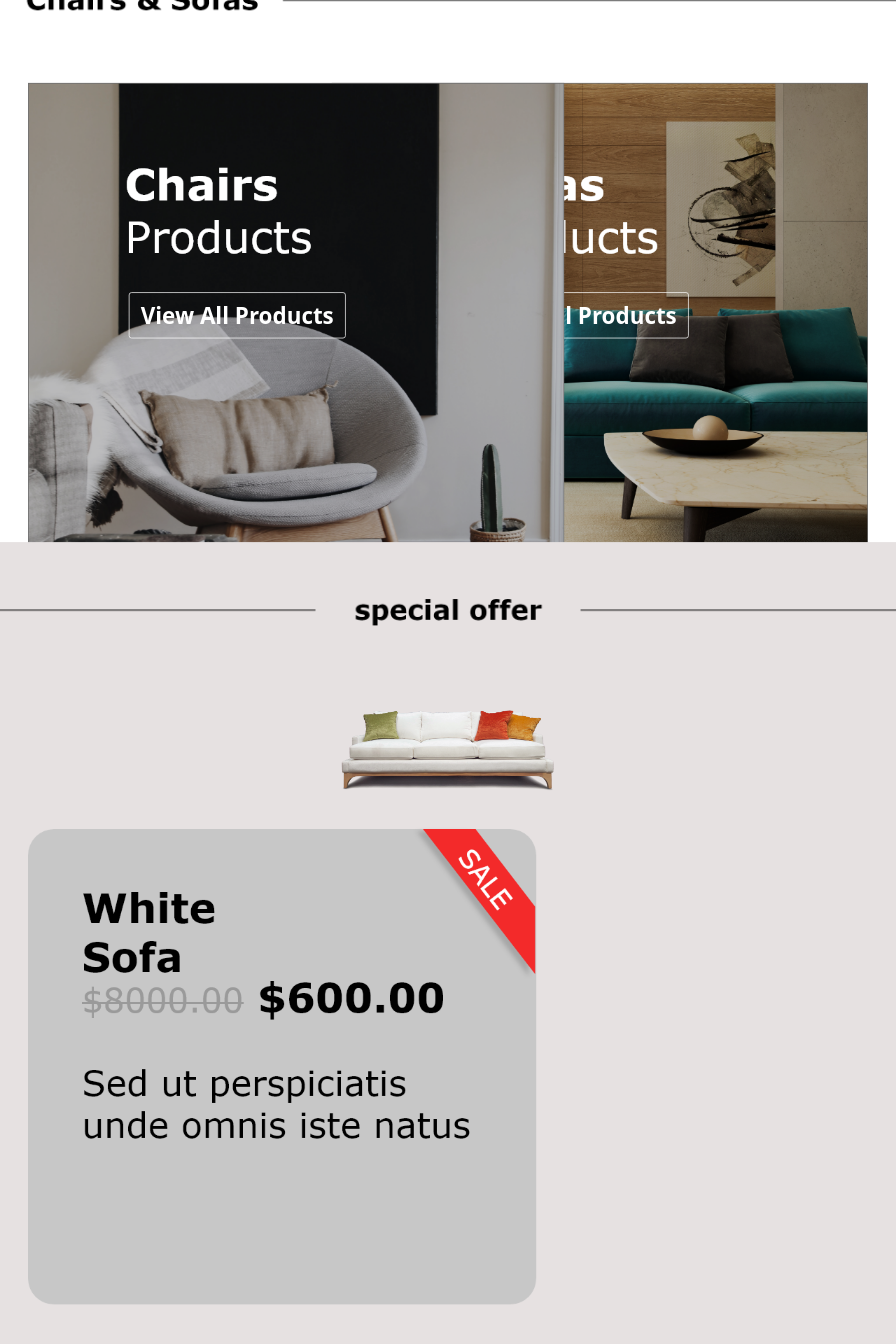
Repository: MEROO1010/creative_home
Page: /
The author's editor kept a copy of each file at every save. The page is drawn from the files as they stood at one save, then again after the next save.
The browser window is 1280 px wide. The pictures show the part of the page from y = 859 to 2779 px (the page is 2779 px tall), at 70% of full size.
The project was rebuilt for these pictures with package versions that can differ from the ones it lists, and the page was loaded fresh each time. The framework's server and built-in components were replaced by stand-ins that run in the browser. Also part of the build but not shown: next.config.js.

Above is the page before, as saved 2022-12-12 10:00:24.

### pages/_app.tsx
import '../styles/globals.css'
import type { AppProps } from 'next/app'

export default function App({ Component, pageProps }: AppProps) {
  return <Component {...pageProps} />


}

### pages/index.tsx
import styles from '../styles/Home.module.css'
import Firstsection from '../components/Firstsection'
import Chair_Sofa from '../components/Chair_Sofa'
import SpecialOffer from '../components/SpecialOffer'



export default function Home() {
  return (
    <div className='overflow-y-auto'>

    <div>
      <Firstsection/>

      <Chair_Sofa/>

      <div  >
      <SpecialOffer/>
      </div>



    </div>



    </div>

  )
}

### components/Firstsection.tsx
import React from 'react'
import Image from 'next/image'
import first_img from '../assets/images/first_img.png'


const firstsection = () => {
  return (
    <div>
      <Image src={first_img} alt={''}/>
    </div>
  )
}

export default firstsection

### components/Chair_Sofa.tsx
import React from 'react'
import Image from 'next/image'

import Title1 from '../assets/images/title1.png'
import righBtn from '../assets/images/btn-r.png'
import leftBtn from '../assets/images/btn-l.png'




const Chair_Sofa = () => {
  return (
    <div className='py-4 '>
     <div className='my-20 py-4'>
     <Image src={Title1} alt={''}/>
     </div>

     <div className=" absolute   	 right-10	     ">
      <Image src={righBtn} alt={''}/>
      <div className="absolute bottom-60   left-40 mx-10 my-28 bg-transparent hover:bg-gray-500 text-white  text-[32px] font-semibold hover:text-white py-2 px-4 border border-white hover:border-transparent rounded w-394 h-82   "><button>View All Products</button></div>
     </div>

     <div className=" absolute left-10  ">
      <Image src={leftBtn} alt={''}/>
      <div className="absolute bottom-60   left-20 mx-16 my-28 bg-transparent hover:bg-gray-500 text-white  text-[32px] font-semibold hover:text-white py-2 px-4 border border-white hover:border-transparent rounded w-394 h-82   "><button>View All Products</button></div>
     </div>

      <div>

      </div>

   </div>
  )
}

export default Chair_Sofa

### components/SpecialOffer.tsx
import React from 'react'
import Image from 'next/image'
import specialOffer from '../assets/images/specialOffer.png'
import sofa2 from '../assets/images/sofa2.png'
import image2 from '../assets/images/img2.png'




const SpecialOffer = () => {
  return (
    <div className='bottom-100'>
      <div className="relative bg-[#E6E1E1]  py-10    my-80  top-80    ">
        <div className=' py-4 my-4 top-20'>
          <Image src={specialOffer} alt=''/>

         </div>

         <div className='  relative mx-80 right-100 px-40'>
          <Image src={sofa2} alt=''/>

         </div>

         <div className='relative py-4 px-10  my-140 '>
          <Image src={image2} alt=''/>
         </div>
    </div>
    </div>
  )
}

export default SpecialOffer

### tailwind.config.js
/** @type {import('tailwindcss').Config} */
module.exports = {
  content: [
    "./pages/**/*.{js,ts,jsx,tsx}",
    "./components/**/*.{js,ts,jsx,tsx}",
  ],
  theme: {

    extend: {},
  },
  plugins: [],
}

Loaded but not shown: styles/globals.css (common file)

After the next save:
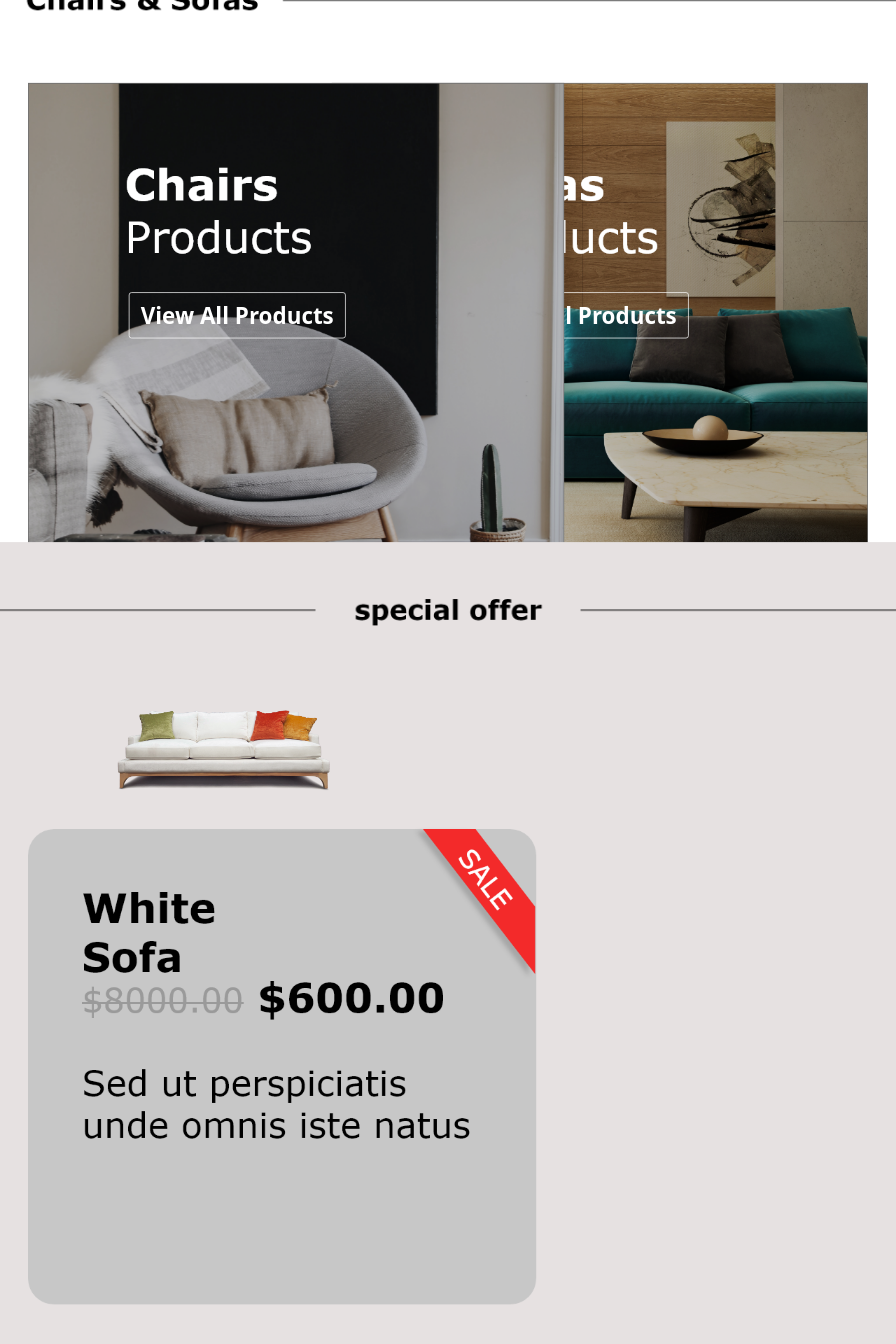
Saved 4 s later.
--- a/components/SpecialOffer.tsx
+++ b/components/SpecialOffer.tsx
@@ -16,7 +16,7 @@ const SpecialOffer = () => {
 
          </div>
 
-         <div className='  relative mx-80 right-100 px-40'>
+         <div className='  relative mx-80 right-80 px-40'>
           <Image src={sofa2} alt=''/>
 
          </div>
